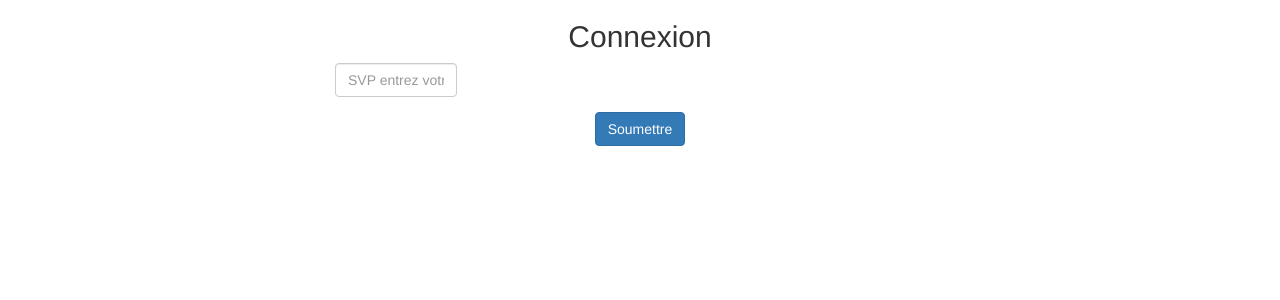
Repository: Caleb-St/CabinetMedical
Page: http://localhost/main.php
The author's editor kept a copy of each file at every save. The page is drawn from the files as they stood at one save, then again after the next save.
The browser window is 1280 px wide. The pictures show the whole page.
The page is run by PHP 8.4 with error messages shown; the project is at /var/www/html/.

Above is the page before, as saved 2016-04-11 00:42:49.

After the next save:
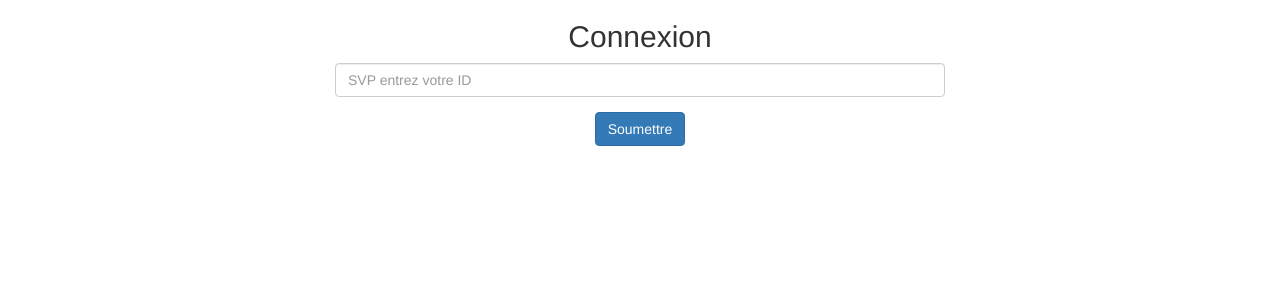
Saved 16 s later.
--- a/dbphp/main.php
+++ b/dbphp/main.php
@@ -16,7 +16,7 @@ session_start();
 <form class="form-signin" method="post" action="/CabinetMedical/dbphp/connectDB.php">
 	 	<h2>Connexion</h2>
 		<div class="form-group">
-			<input class ="form-control offset-3" type="text" style="width:20%;" placeholder="SVP entrez votre ID" name="userID">
+			<input class ="form-control" type="text" placeholder="SVP entrez votre ID" name="userID">
 		</div>
 	    <button type="submit" class="btn btn-primary" name="submit">Soumettre</button>
 
